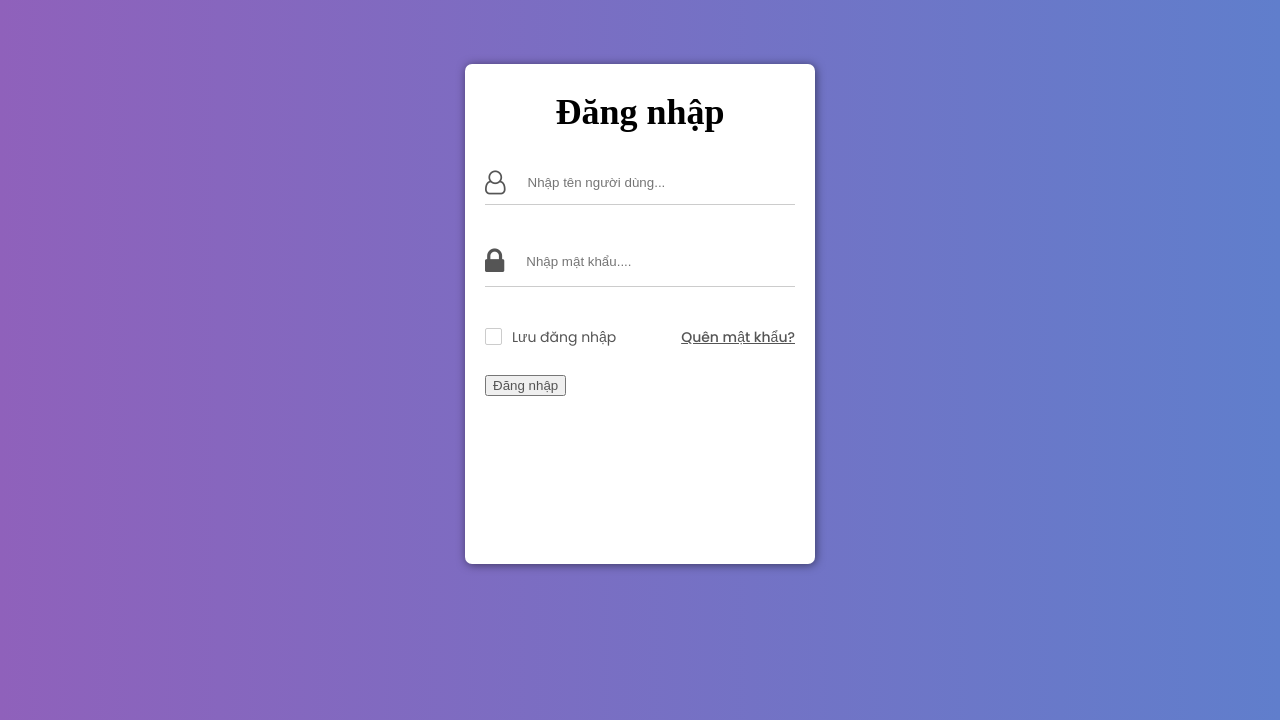
Repository: Nieday306/shophoaqua
Page: login.html
These files come from the project's save history. The page is drawn as it stood at one moment and after the next save; the edit follows.
The browser window is 1280 px wide. The pictures show the whole page.

Above is the page before, as saved 2024-04-06 18:30:54.

### login.html
<!DOCTYPE html>
<html lang="en">
  <head>
    <meta charset="UTF-8" />
    <meta name="viewport" content="width=device-width, initial-scale=1.0" />
    <!-- reset css -->
    <link rel="stylesheet" href="./assets/css/reset.css" />
    <!-- style css -->
    <link rel="stylesheet" href="./assets/css/style.css" />
    <!-- login css -->
    <link rel="stylesheet" href="./assets/css/login.css" />
    <!-- font  -->
    <link rel="stylesheet" href="./assets/font/stylesheet.css" />
    <title>CTN - Đăng nhập</title>
    <!-- font awesome -->
    <link
      rel="stylesheet"
      href="https://cdnjs.cloudflare.com/ajax/libs/font-awesome/4.7.0/css/font-awesome.min.css"
    />
  </head>
  <body>
    <main>
      <div class="login">
        <form
          action="https://api-gateway.fullstack.edu.vn/action_page.php"
          method="post"
          autocomplete="off"
        >
          <h1 class="login-title">Đăng nhập</h1>
          <div class="form-group">
            <div class="row row-text">
              <label for="username"
                ><i class="fa fa-user-o" style="font-size: 24px"></i
              ></label>
              <input
                type="text"
                name="username"
                id="username"
                placeholder="Nhập tên người dùng..."
                required
                minlength="8"
              />
            </div>
            <p class="form-error">* Nhập từ 8 ký tự trở lên</p>
          </div>
          <div class="form-group">
            <div class="row row-text">
              <label for="password">
                <i class="fa fa-lock" style="font-size: 30px"></i>
              </label>
              <input
                type="text"
                name="password"
                id="password"
                placeholder="Nhập mật khẩu...."
                required
                minlength="8"
              />
            </div>
            <p class="form-error">* Nhập từ 8 kí tự trở lên</p>
          </div>
          <div class="form-group">
            <div class="row row-remember">
              <input type="checkbox" name="remember" id="remember" hidden />
              <label class="remember" for="remember">Lưu đăng nhập</label>
              <a href="#!" class="forgot-pass">Quên mật khẩu?</a>
            </div>
          </div>
          <div class="form-group">
            <div class="row row-btn">
              <input type="submit" value="Đăng nhập" class="submit" />
            </div>
          </div>
        </form>
      </div>
    </main>
  </body>
</html>

### assets/css/style.css
* {
  box-sizing: border-box;
}

html,
body {
  scroll-behavior: smooth;
}

html {
  font-size: 62.5%;
}

body {
  font-size: 1.6rem;
  font-family: "Poppins", sans-serif;
  margin: 0px auto;
}

### assets/css/login.css
:root {
  --color-word: #feffff;
}

body {
  background-image: linear-gradient(to right, #8f61bb, #607ecc);
}

/* ==================common=================== */
a {
  text-decoration: none;
  color: var(--color-word);
  font-size: 1.4rem;
  font-weight: 500;
}
/* main */

main {
  display: flex;
}

.login {
  background-color: #fff;
  width: 350px;
  min-height: 500px;
  margin: 5% auto;
  border-radius: 7px;
  box-shadow: 1px 1px 10px rgb(0, 0, 0, 0.5);
  padding: 0 20px;
}

.row {
  display: flex;
  justify-content: space-between;
  align-items: center;
}

.login-title {
  margin-top: 30px;
  font-family: "Times New Roman", Times, serif;
  font-size: 3.6rem;
  font-weight: 600;
  color: #000;
  text-align: center;
  margin-bottom: 40px;
}

.fa,
input {
  color: #555;
}

input[type="text"] {
  width: 100%;
  background-color: transparent;
  outline: none;
  border: none;
  margin-left: 20px;
}

.row-text {
  padding-bottom: 10px;
  border-bottom: 1px solid #ccc;
}

.form-error {
  color: red;
  opacity: 0.9;
  font-size: 1.4rem;
  margin: 7px 0 20px;
  visibility: hidden;
}

input[type="text"]:has(:invalid) ~ .form-error {
  visibility: visible;
}

.row-remember {
  margin-top: 10px;
}

.remember {
  position: relative;
  display: flex;
  align-items: center;
  gap: 10px;
  color: #555;
  font-size: 1.4rem;
}

.remember::before {
  content: "";
  display: inline-block;
  width: 15px;
  height: 15px;
  background-color: #fff;
  border: 1px solid#ccc;
  border-radius: 2px;
}

input[type="checkbox"]:checked ~ .remember::after {
  position: absolute;
  content: "";
  display: inline-block;
  height: 5px;
  width: 10px;
  top: 2px;
  left: 2px;
  border: 3px solid #737499;
  border-top: none;
  border-right: none;
  rotate: -45deg;
}

.remember::before,
.remember::after {
  cursor: pointer;
}

.forgot-pass {
  color: #555;
  text-decoration: underline;
}

.row-btn {
  margin-top: 30px;
}

### assets/font/stylesheet.css
@font-face {
    font-family: 'Poppins';
    src: url('Poppins-Black.woff2') format('woff2'),
        url('Poppins-Black.woff') format('woff');
    font-weight: 900;
    font-style: normal;
    font-display: swap;
}

@font-face {
    font-family: 'Poppins';
    src: url('Poppins-Bold.woff2') format('woff2'),
        url('Poppins-Bold.woff') format('woff');
    font-weight: bold;
    font-style: normal;
    font-display: swap;
}

@font-face {
    font-family: 'Poppins';
    src: url('Poppins-BlackItalic.woff2') format('woff2'),
        url('Poppins-BlackItalic.woff') format('woff');
    font-weight: 900;
    font-style: italic;
    font-display: swap;
}

@font-face {
    font-family: 'Poppins';
    src: url('Poppins-BoldItalic.woff2') format('woff2'),
        url('Poppins-BoldItalic.woff') format('woff');
    font-weight: bold;
    font-style: italic;
    font-display: swap;
}

@font-face {
    font-family: 'Poppins';
    src: url('Poppins-ExtraLightItalic.woff2') format('woff2'),
        url('Poppins-ExtraLightItalic.woff') format('woff');
    font-weight: 200;
    font-style: italic;
    font-display: swap;
}

@font-face {
    font-family: 'Poppins';
    src: url('Poppins-ExtraBoldItalic.woff2') format('woff2'),
        url('Poppins-ExtraBoldItalic.woff') format('woff');
    font-weight: bold;
    font-style: italic;
    font-display: swap;
}

@font-face {
    font-family: 'Poppins';
    src: url('Poppins-ExtraBold.woff2') format('woff2'),
        url('Poppins-ExtraBold.woff') format('woff');
    font-weight: bold;
    font-style: normal;
    font-display: swap;
}

@font-face {
    font-family: 'Poppins';
    src: url('Poppins-Italic.woff2') format('woff2'),
        url('Poppins-Italic.woff') format('woff');
    font-weight: normal;
    font-style: italic;
    font-display: swap;
}

@font-face {
    font-family: 'Poppins';
    src: url('Poppins-ExtraLight.woff2') format('woff2'),
        url('Poppins-ExtraLight.woff') format('woff');
    font-weight: 200;
    font-style: normal;
    font-display: swap;
}

@font-face {
    font-family: 'Poppins';
    src: url('Poppins-Regular.woff2') format('woff2'),
        url('Poppins-Regular.woff') format('woff');
    font-weight: normal;
    font-style: normal;
    font-display: swap;
}

@font-face {
    font-family: 'Poppins';
    src: url('Poppins-LightItalic.woff2') format('woff2'),
        url('Poppins-LightItalic.woff') format('woff');
    font-weight: 300;
    font-style: italic;
    font-display: swap;
}

@font-face {
    font-family: 'Poppins';
    src: url('Poppins-SemiBold.woff2') format('woff2'),
        url('Poppins-SemiBold.woff') format('woff');
    font-weight: 600;
    font-style: normal;
    font-display: swap;
}

@font-face {
    font-family: 'Poppins';
    src: url('Poppins-Light.woff2') format('woff2'),
        url('Poppins-Light.woff') format('woff');
    font-weight: 300;
    font-style: normal;
    font-display: swap;
}

@font-face {
    font-family: 'Poppins';
    src: url('Poppins-Medium.woff2') format('woff2'),
        url('Poppins-Medium.woff') format('woff');
    font-weight: 500;
    font-style: normal;
    font-display: swap;
}

@font-face {
    font-family: 'Poppins';
    src: url('Poppins-MediumItalic.woff2') format('woff2'),
        url('Poppins-MediumItalic.woff') format('woff');
    font-weight: 500;
    font-style: italic;
    font-display: swap;
}

@font-face {
    font-family: 'Poppins';
    src: url('Poppins-Thin.woff2') format('woff2'),
        url('Poppins-Thin.woff') format('woff');
    font-weight: 100;
    font-style: normal;
    font-display: swap;
}

@font-face {
    font-family: 'Poppins';
    src: url('Poppins-ThinItalic.woff2') format('woff2'),
        url('Poppins-ThinItalic.woff') format('woff');
    font-weight: 100;
    font-style: italic;
    font-display: swap;
}

@font-face {
    font-family: 'Poppins';
    src: url('Poppins-SemiBoldItalic.woff2') format('woff2'),
        url('Poppins-SemiBoldItalic.woff') format('woff');
    font-weight: 600;
    font-style: italic;
    font-display: swap;
}

Loaded but not shown: assets/css/reset.css (common file)

After the next save:
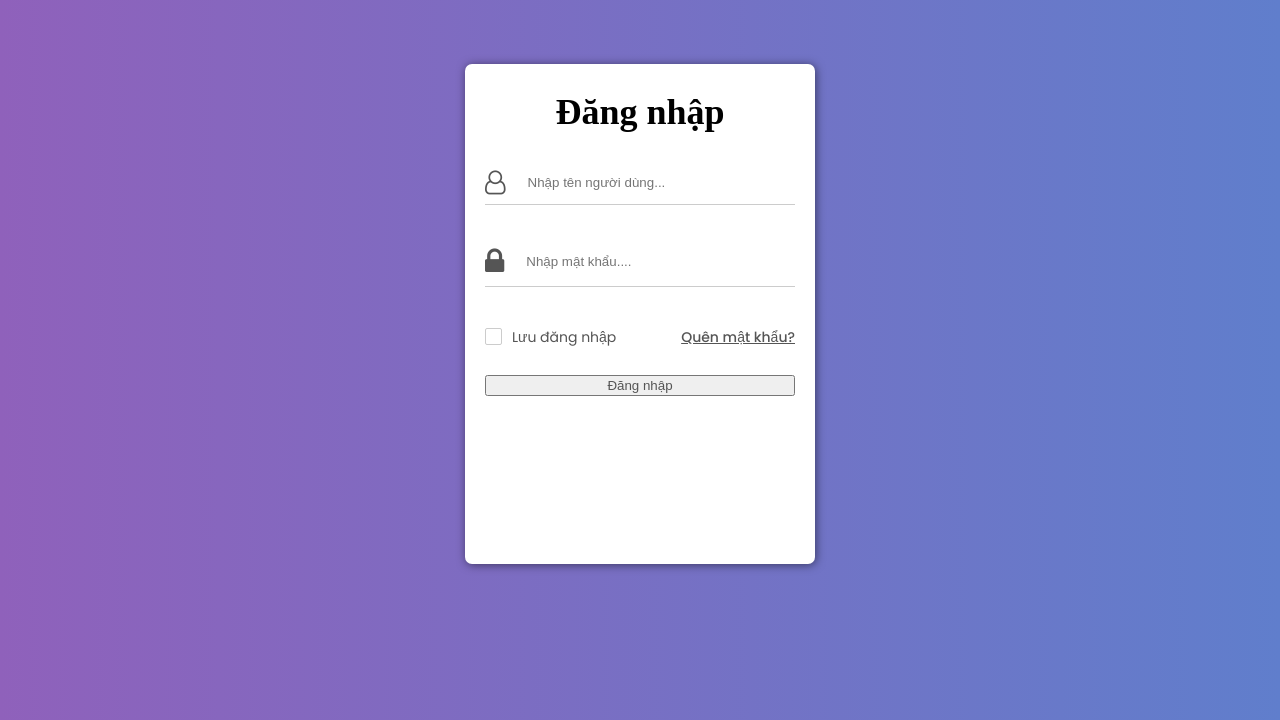
Saved 27 s later.
--- a/assets/css/login.css
+++ b/assets/css/login.css
@@ -125,3 +125,7 @@ input[type="checkbox"]:checked ~ .remember::after {
 .row-btn {
   margin-top: 30px;
 }
+
+.submit {
+  width: 100%;
+}
